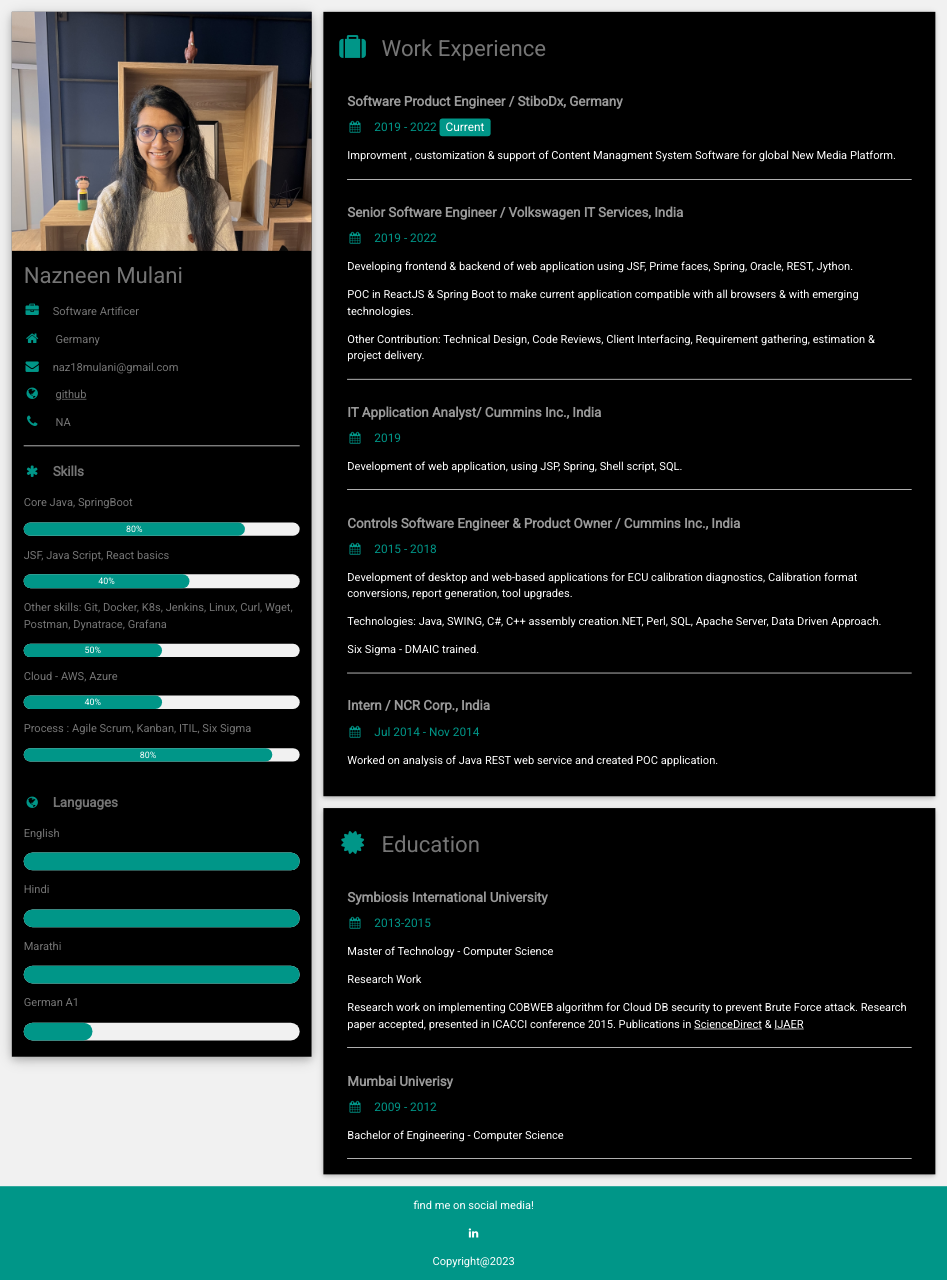
Repository: nazneenprojects/nazneen.github.io
Page: index.html
These files come from the project's save history. The page is drawn as it stood at one moment and after the next save; the edit follows.
The browser window is 1280 px wide. The pictures show the whole page, at 74% of full size.

Above is the page before, as saved 2023-07-09 00:15:33.

### index.html
<!DOCTYPE html>
<html>
<title>Nazneen Portfolio</title>
<meta charset="UTF-8">
<meta name="viewport" content="width=device-width, initial-scale=1">
<link rel="stylesheet" href="https://www.w3schools.com/w3css/4/w3.css">
<link rel='stylesheet' href='https://fonts.googleapis.com/css?family=Roboto'>
<link rel="stylesheet" href="https://cdnjs.cloudflare.com/ajax/libs/font-awesome/4.7.0/css/font-awesome.min.css">
<style>
html,body,h1,h2,h3,h4,h5,h6 {font-family: "Roboto", sans-serif}
</style>
<body class="w3-light-grey">

<!-- Page Container -->
<div class="w3-content w3-margin-top" style="max-width:1400px;">

  <!-- The Grid -->
  <div class="w3-row-padding">

    <!-- Left Column -->
    <div class="w3-third">

      <div class="w3-black w3-text-grey w3-card-4">
        <div class="w3-display-container">
          <img src="IMG_NazneenM.JPG" style="width:100%" alt="Avatar">
          <div class="w3-display-bottomleft w3-container w3-text-black">
          </div>
        </div>
        <div class="w3-container">
          <h2>Nazneen Mulani</h2>
          <p><i class="fa fa-briefcase fa-fw w3-margin-right w3-large w3-text-teal"></i>Software Artificer</p>
          <p><i class="fa fa-home fa-fw w3-margin-right w3-large w3-text-teal"></i> Germany </p>
          <p><i class="fa fa-envelope fa-fw w3-margin-right w3-large w3-text-teal"></i>naz18mulani@gmail.com</p>
          <p><i class="fa fa-globe fa-fw w3-margin-right w3-large w3-text-teal"></i>
          <a href="https://github.com/nazneenprojects">github</a>
          </p>
          <p><i class="fa fa-phone fa-fw w3-margin-right w3-large w3-text-teal"></i> NA </p>
          <hr>

          <p class="w3-large"><b><i class="fa fa-asterisk fa-fw w3-margin-right w3-text-teal"></i>Skills</b></p>
          <p>Core Java, SpringBoot</p>
          <div class="w3-light-grey w3-round-xlarge w3-small">
            <div class="w3-container w3-center w3-round-xlarge w3-teal" style="width:80%">80%</div>
          </div>
          <p>JSF, Java Script, React basics</p>
          <div class="w3-light-grey w3-round-xlarge w3-small">
            <div class="w3-container w3-center w3-round-xlarge w3-teal" style="width:60%">
              <div class="w3-center w3-text-white">40%</div>
            </div>
          </div>
          <p>Other skills: Git, Docker, K8s, Jenkins, Linux, Curl, Wget, Postman, Dynatrace, Grafana</p>
          <div class="w3-light-grey w3-round-xlarge w3-small">
            <div class="w3-container w3-center w3-round-xlarge w3-teal" style="width:50%">50%</div>
          </div>
          <p>Cloud - AWS, Azure</p>
          <div class="w3-light-grey w3-round-xlarge w3-small">
            <div class="w3-container w3-center w3-round-xlarge w3-teal" style="width:50%">40%</div>
          </div>
          <p>Process : Agile Scrum, Kanban, ITIL, Six Sigma</p>
          <div class="w3-light-grey w3-round-xlarge w3-small">
            <div class="w3-container w3-center w3-round-xlarge w3-teal" style="width:90%">80%</div>
          </div>
          <br>

          <p class="w3-large w3-text-theme"><b><i class="fa fa-globe fa-fw w3-margin-right w3-text-teal"></i>Languages</b></p>
          <p>English</p>
          <div class="w3-light-grey w3-round-xlarge">
            <div class="w3-round-xlarge w3-teal" style="height:24px;width:100%"></div>
          </div>
          <p>Hindi</p>
          <div class="w3-light-grey w3-round-xlarge">
            <div class="w3-round-xlarge w3-teal" style="height:24px;width:100%"></div>
          </div>
          <p>Marathi</p>
          <div class="w3-light-grey w3-round-xlarge">
            <div class="w3-round-xlarge w3-teal" style="height:24px;width:100%"></div>
          </div>
          <p>German A1</p>
          <div class="w3-light-grey w3-round-xlarge">
            <div class="w3-round-xlarge w3-teal" style="height:24px;width:25%"></div>
          </div>
          <br>
        </div>
      </div><br>

    <!-- End Left Column -->
    </div>

    <!-- Right Column -->
    <div class="w3-twothird">

      <div class="w3-container w3-card w3-black w3-margin-bottom">
        <h2 class="w3-text-grey w3-padding-16"><i class="fa fa-suitcase fa-fw w3-margin-right w3-xxlarge w3-text-teal"></i>Work Experience</h2>
        <div class="w3-container">
          <h5 class="w3-opacity"><b>Software Product Engineer / StiboDx, Germany</b></h5>
          <h6 class="w3-text-teal"><i class="fa fa-calendar fa-fw w3-margin-right"></i>2019 - 2022 <span class="w3-tag w3-teal w3-round">Current</span></h6>
          <p> Improvment , customization & support of Content Managment System Software for global New Media Platform.</p>
          <hr>
        </div>
        <div class="w3-container">
          <h5 class="w3-opacity"><b>Senior Software Engineer / Volkswagen IT Services, India</b></h5>
          <h6 class="w3-text-teal"><i class="fa fa-calendar fa-fw w3-margin-right"></i>2019 - 2022</h6>
          <p>Developing frontend & backend of web application using JSF, Prime faces, Spring, Oracle, REST, Jython.</p>
          <p>POC in ReactJS & Spring Boot to make current application compatible with all browsers & with emerging technologies.</p>
          <p>Other Contribution: Technical Design, Code Reviews, Client Interfacing, Requirement gathering, estimation & project delivery.</p>
          <hr>
        </div>
        <div class="w3-container">
          <h5 class="w3-opacity"><b>IT Application Analyst/ Cummins Inc., India</b></h5>
          <h6 class="w3-text-teal"><i class="fa fa-calendar fa-fw w3-margin-right"></i>2019 </h6>
          <p>Development of web application, using JSP, Spring, Shell script, SQL.</p>
          <hr>
        </div>
        <div class="w3-container">
          <h5 class="w3-opacity"><b>Controls Software Engineer & Product Owner / Cummins Inc., India</b></h5>
          <h6 class="w3-text-teal"><i class="fa fa-calendar fa-fw w3-margin-right"></i>2015 - 2018</h6>
          <p>Development of desktop and web-based applications for ECU calibration diagnostics, Calibration format conversions, report generation, tool upgrades.</p>
          <p>Technologies: Java, SWING, C#, C++ assembly creation.NET, Perl, SQL, Apache Server, Data Driven Approach.</p>
          <p>Six Sigma - DMAIC trained.</p>
          <hr>
        </div>
        <div class="w3-container">
          <h5 class="w3-opacity"><b>Intern / NCR Corp., India</b></h5>
          <h6 class="w3-text-teal"><i class="fa fa-calendar fa-fw w3-margin-right"></i>Jul 2014 - Nov 2014</h6>
          <p>Worked on analysis of Java REST web service and created POC application. </p><br>
        </div>
      </div>

      <div class="w3-container w3-card w3-black">
        <h2 class="w3-text-grey w3-padding-16"><i class="fa fa-certificate fa-fw w3-margin-right w3-xxlarge w3-text-teal"></i>Education</h2>
        <div class="w3-container">
          <h5 class="w3-opacity"><b> Symbiosis International University</b></h5>
          <h6 class="w3-text-teal"><i class="fa fa-calendar fa-fw w3-margin-right"></i>2013-2015</h6>
          <p>Master of Technology - Computer Science</p>
          <p>Research Work</p>
          <p>
            Research work on implementing COBWEB algorithm for Cloud DB security to prevent Brute Force attack. Research paper accepted, presented in ICACCI conference 2015. Publications in

            <a href="https://www.sciencedirect.com/science/article/pii/S1877050915005359">ScienceDirect</a> &
            <a href="https://www.ripublication.com/Volume/ijaerv10n12.htm">IJAER</a>
          </p>
          <hr>
        </div>
        <div class="w3-container">
          <h5 class="w3-opacity"><b>Mumbai Univerisy</b></h5>
          <h6 class="w3-text-teal"><i class="fa fa-calendar fa-fw w3-margin-right"></i>2009 - 2012</h6>
          <p>Bachelor of Engineering - Computer Science</p>
          <hr>
        </div>
      </div>

    <!-- End Right Column -->
    </div>

  <!-- End Grid -->
  </div>

  <!-- End Page Container -->
</div>

<footer class="w3-container w3-teal w3-center w3-margin-top">

  <p>find me on social media!</p>
  <a href="https://www.linkedin.com/in/nazneen-mulani-05004012a/"> <i class="fa fa-linkedin w3-hover-opacity"></i></a>
  <p>Copyright@2023</p>
 <!--
  <i class="fa fa-facebook-official w3-hover-opacity"></i>
  <i class="fa fa-instagram w3-hover-opacity"></i>
  <i class="fa fa-snapchat w3-hover-opacity"></i>
  <i class="fa fa-pinterest-p w3-hover-opacity"></i>
  <i class="fa fa-twitter w3-hover-opacity"></i>
  <p>Powered by <a href="https://www.w3schools.com/w3css/default.asp" target="_blank">w3.css</a></p>
 -->
</footer>

</body>
</html>

After the next save:
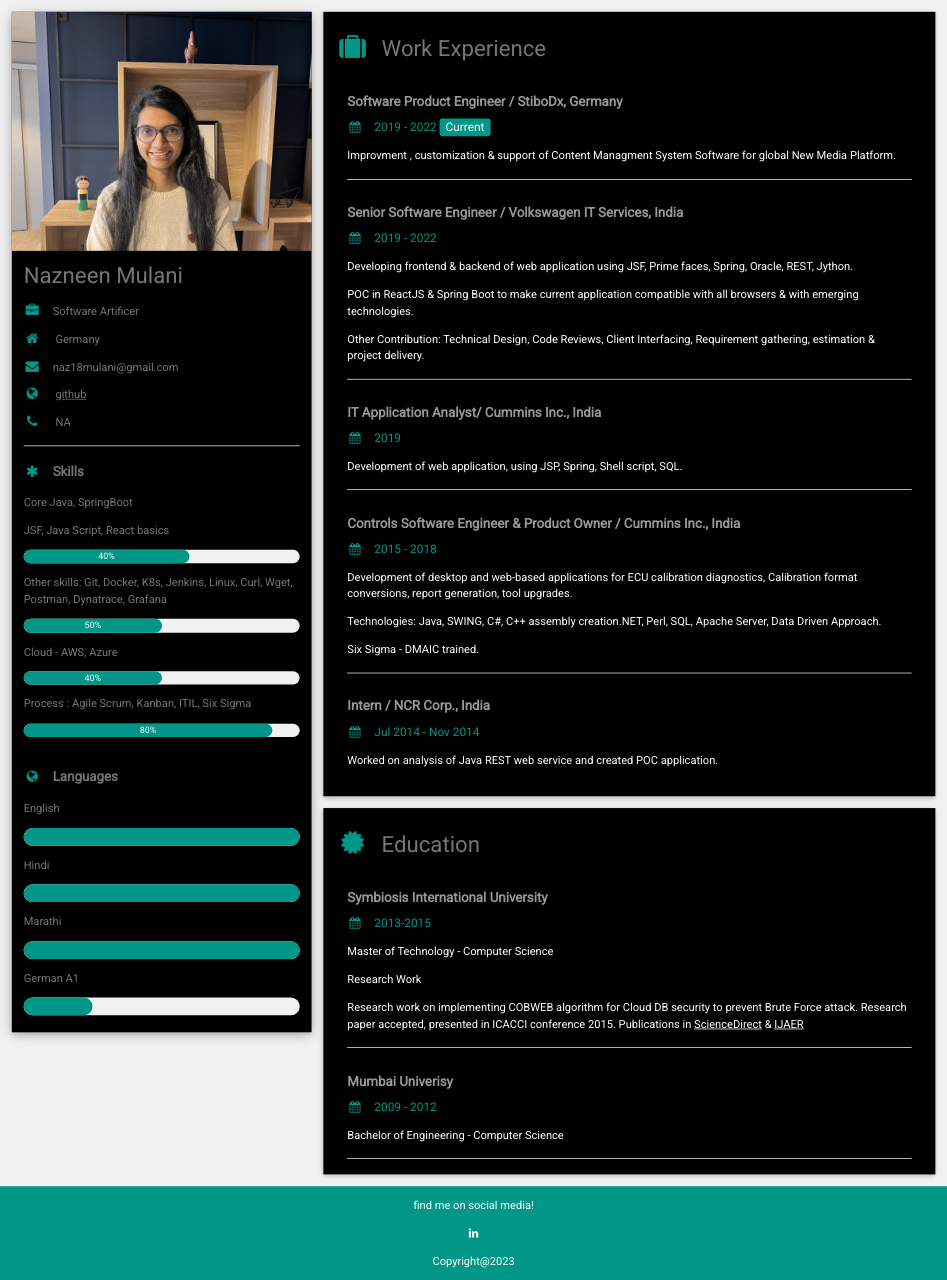
Saved 11 h 12 min later.
--- a/index.html
+++ b/index.html
@@ -40,7 +40,7 @@
           <p class="w3-large"><b><i class="fa fa-asterisk fa-fw w3-margin-right w3-text-teal"></i>Skills</b></p>
           <p>Core Java, SpringBoot</p>
           <div class="w3-light-grey w3-round-xlarge w3-small">
-            <div class="w3-container w3-center w3-round-xlarge w3-teal" style="width:80%">80%</div>
+
           </div>
           <p>JSF, Java Script, React basics</p>
           <div class="w3-light-grey w3-round-xlarge w3-small">
